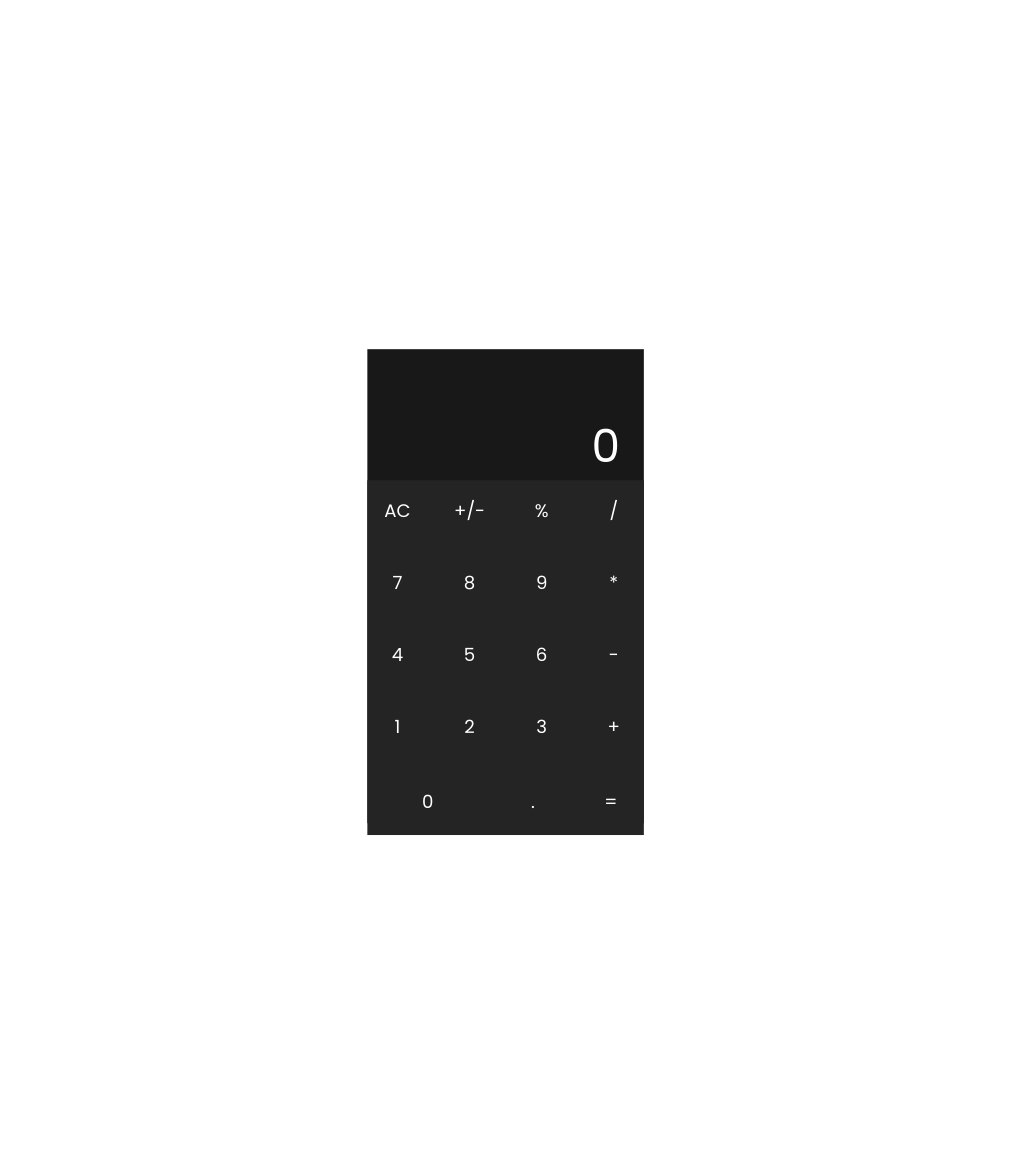
Repository: minhtien9/Calculator
Page: /
These files come from the project's save history. The page is drawn as it stood at one moment and after a run of saves; the edit follows.
The browser window is 1280 px wide. The pictures show the whole page, at 79% of full size.
The project was rebuilt for these pictures with package versions that can differ from the ones it lists, and the page was loaded fresh each time. Also part of the build but not shown: src/App.css.

Above is the page before, as saved 2022-07-21 18:45:37.

### src/index.js
import React from "react";
import ReactDOM from "react-dom/client";
import App from "./App";

const root = ReactDOM.createRoot(document.getElementById("root"));
root.render(
    <React.StrictMode>
        <App />
    </React.StrictMode>
);

// If you want to start measuring performance in your app, pass a function
// to log results (for example: reportWebVitals(console.log))
// or send to an analytics endpoint. Learn more: https://bit.ly/CRA-vitals

### src/App.js
import "./App.css";
import Caculator from "./Components/Caculator";

function App() {
    return (
        <div className='App'>
            <Caculator />
        </div>
    );
}

export default App;

### src/Components/Caculator.jsx
import React from "react";
import "./Caculator.scss";

const Caculator = () => {
    return (
        <div className='caculator'>
            <section className='monitor'>
                <p className='out-put'>0</p>
            </section>

            <section className='keyboard'>
                <div className='keyboard-row'>
                    <button className='one-block'>AC</button>
                    <button className='one-block'> +/- </button>
                    <button className='one-block'> % </button>
                    <button className='one-block'>/</button>
                </div>

                <div className='keyboard-row'>
                    <button className='one-block'>7</button>
                    <button className='one-block'>8</button>
                    <button className='one-block'>9</button>
                    <button className='one-block'>*</button>
                </div>

                <div className='keyboard-row'>
                    <button className='one-block'>4</button>
                    <button className='one-block'>5</button>
                    <button className='one-block'>6</button>
                    <button className='one-block'>-</button>
                </div>

                <div className='keyboard-row'>
                    <button className='one-block'>1</button>
                    <button className='one-block'>2</button>
                    <button className='one-block'>3</button>
                    <button className='one-block'>+</button>
                </div>

                <div className='keyboard-row'>
                    <button className='two-block'>0</button>
                    <button className='one-block'> .</button>
                    <button className='one-block'> =</button>
                </div>
            </section>
        </div>
    );
};

export default Caculator;

### src/Components/Caculator.scss
@import url("https://fonts.googleapis.com/css2?family=Poppins:ital,wght@0,100;0,200;0,300;0,400;0,500;0,600;0,700;0,800;0,900;1,100;1,200;1,300;1,400;1,500;1,600;1,700;1,800;1,900&display=swap");

* {
    font-family: "Poppins";
    font-size: 23px;
    color: white;
}

button {
    border: none;
    background: none;
    cursor: pointer;
}

.caculator {
    width: 350px;
    height: 600px;
    margin: 35% auto;
    background-color: rgb(24, 24, 24);
    display: flex;
    flex-direction: column;
}

.monitor {
    .out-put {
        margin: 80px 30px 0px;
        font-size: 2.5rem;
        text-align: right;
    }
}

.keyboard {
    display: flex;
    flex-direction: column;
    background: rgb(36, 36, 36);
    gap: 15px;
}

.keyboard-row {
    display: flex;
    gap: 15px;
    .one-block {
        width: 25%;
        aspect-ratio: 1/1;
    }

    .two-block {
        width: calc(50% - 15px);
        aspect-ratio: 2/1;
    }
}

Loaded but not shown: public/index.html (common file)

After the next 2 saves:
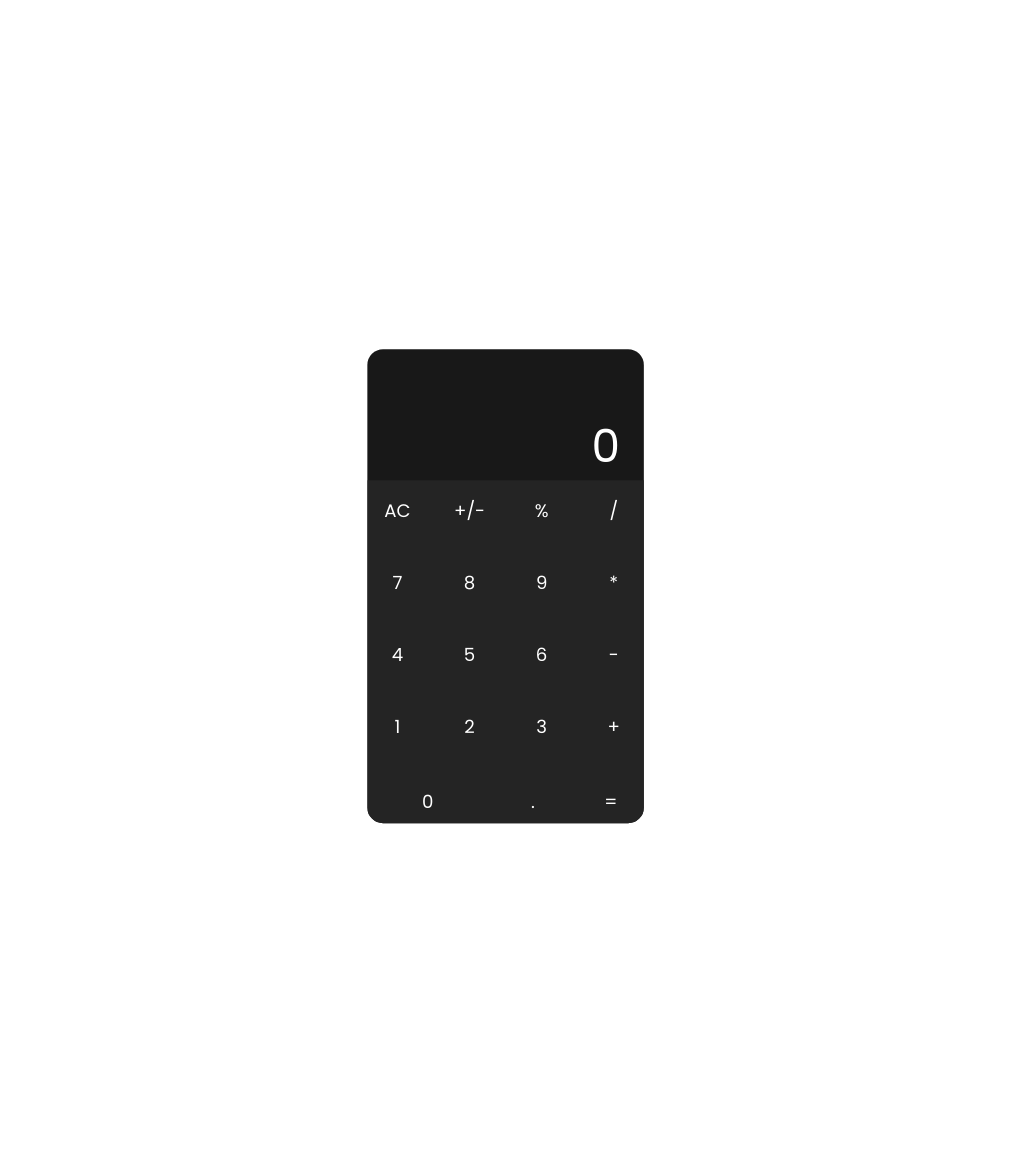
The 2 saves are shown as one change because they came seconds apart.
The last was saved 32 s later.
--- a/src/Components/Caculator.scss
+++ b/src/Components/Caculator.scss
@@ -19,6 +19,8 @@ button {
     background-color: rgb(24, 24, 24);
     display: flex;
     flex-direction: column;
+    border-radius: 20px;
+    overflow: hidden;
 }
 
 .monitor {
